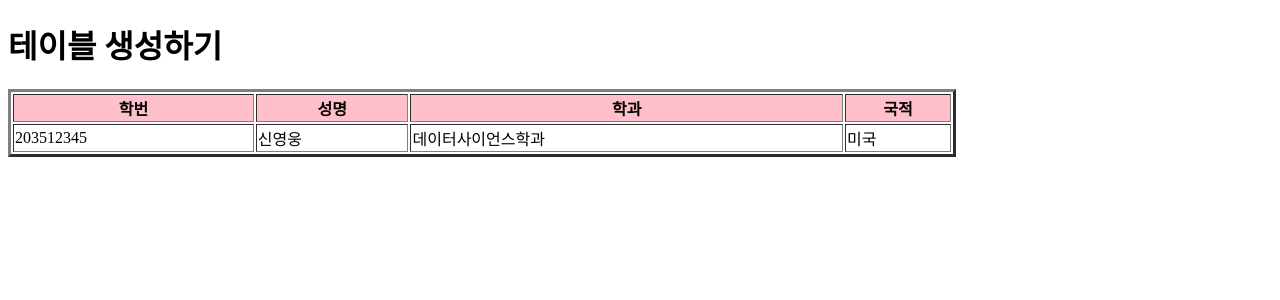
Repository: parkgyutaee/My_JAVA_Project
Page: http://localhost/JSPStudy/test2.jsp
The author's editor kept a copy of each file at every save. The page is drawn from the files as they stood at one save, then again after the next save.
The browser window is 1280 px wide. The pictures show the whole page.
The page is served by Tomcat 9.

Above is the page before, as saved 2025-07-09 07:22:26.

After the next save:
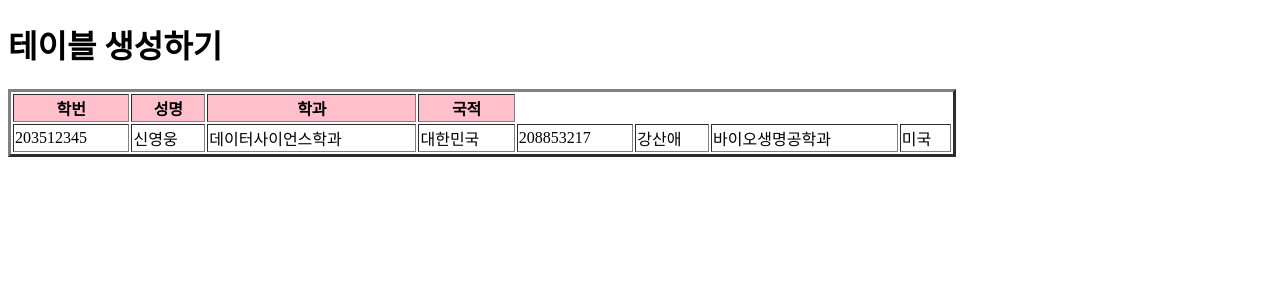
Saved 36 s later.
--- a/Workspace/JSPStudy/src/main/webapp/test2.jsp
+++ b/Workspace/JSPStudy/src/main/webapp/test2.jsp
@@ -13,7 +13,8 @@
     <th>학번</th><th>성명</th><th>학과</th><th>국적</th>
   </tr>
  <tr>
-    <td>203512345</td> <td>신영웅</td><td>데이터사이언스학과</td><td>미국</td>
+    <td>203512345</td> <td>신영웅</td><td>데이터사이언스학과</td><td>대한민국</td>
+    <td>208853217</td> <td>강산애</td><td>바이오생명공학과</td><td>미국</td>
   </tr>
 </table>
 
